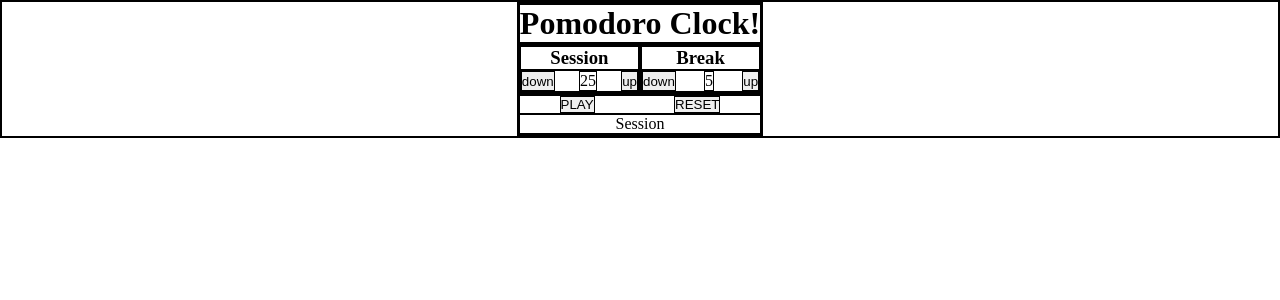
Repository: mcostigliola/pomodoroTimer
Page: index.html
An editor plug-in stored every save of this project. The page is shown before and after the next save, followed by the edit.
The browser window is 1280 px wide. The pictures show the whole page.

Above is the page before, as saved 2020-05-24 15:44:12.

After the next save:
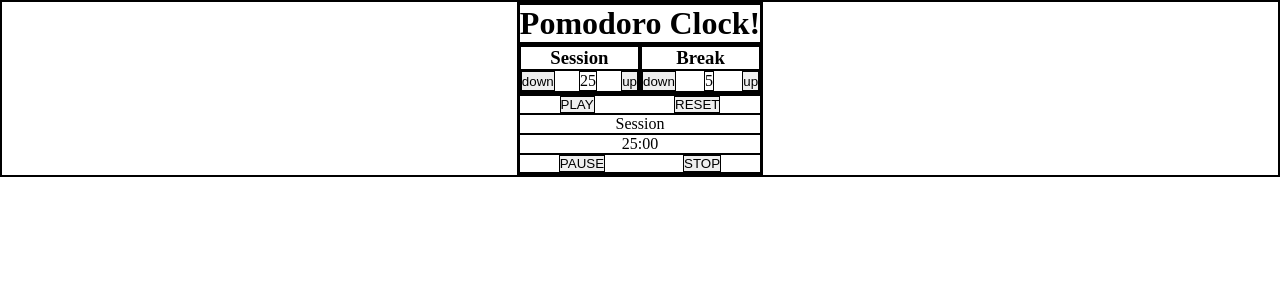
Saved 14 min 23 s later.
--- a/index.html
+++ b/index.html
@@ -52,6 +52,11 @@
        </div>
 
        <p>Session</p>
+       <p id="timer">25:00</p>
+       <div class="btn-container">
+         <button id="btn-pause">PAUSE</button>
+         <button id="btn-stop">STOP</button>
+       </div>
 
     </div>
   </div>
